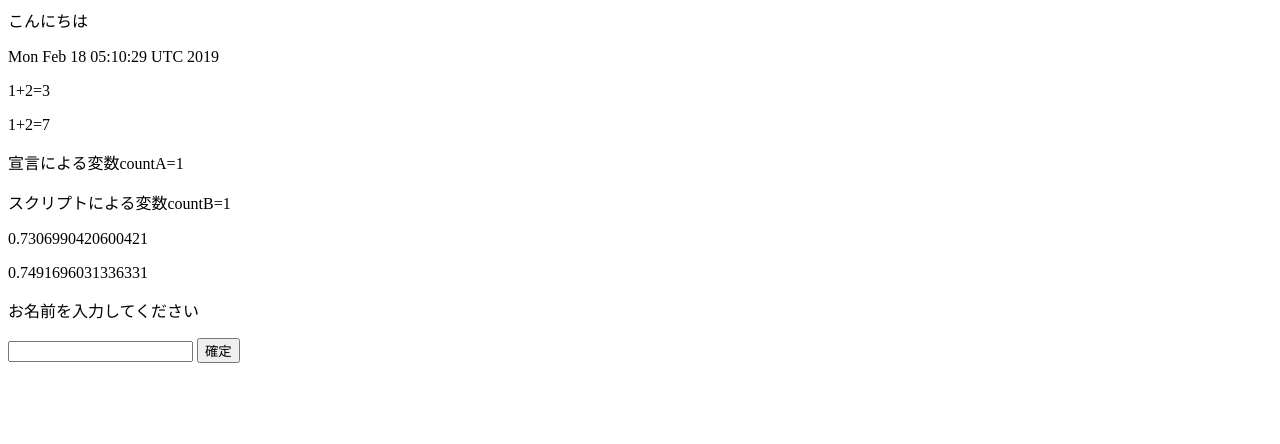
Repository: xiezom/test
Page: http://localhost/HelloJSP/
An editor plug-in stored every save of this project. The page is shown before and after the next save, followed by the edit.
The browser window is 1280 px wide. The pictures show the whole page.
The page is served by Tomcat 9.

Above is the page before, as saved 2019-02-18 06:16:32.

### HelloJSP/WebContent/index.jsp
<%@ page language="java" contentType="text/html; charset=UTF-8"
    pageEncoding="UTF-8"%>
<!DOCTYPE html">
<html>
<head>
<meta charset="UTF-8">
<title>TEST</title>
</head>
<body>
<p>こんにちは</p>
<% out.println(new java.util.Date()); %>
<%!
static int add(int a, int b) {
	return a+b;
}
%>

<p>1+2=<%=add(1,2) %></p>
<p>1+2=<%=add(3,4) %></p>

<%! static int countA=0; %>
<%
int countB=0;
countA++;
countB++;
%>
<p>宣言による変数countA=<%=countA %></p>
<p>スクリプトによる変数countB=<%=countB %></p>
<p><% out.println(Math.random()); %></p>
<p><%=Math.random() %></p>
<p>お名前を入力してください</p>
<form method="post" action="greeting-out.jsp">
<input type="text" name="user">
<input type="submit" value="確定">
</form>
</body>
</html>

After the next save:
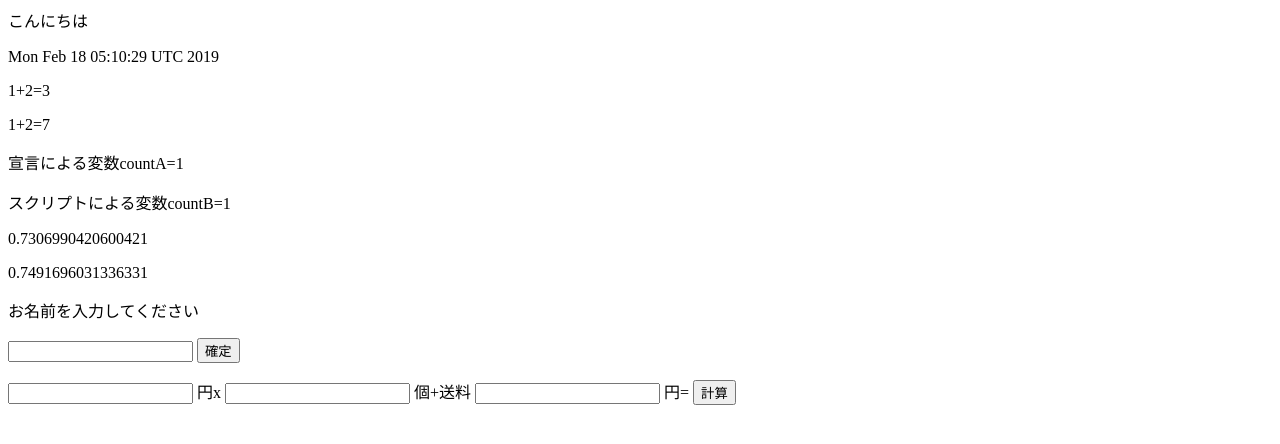
Saved 2 s later.
--- a/HelloJSP/WebContent/index.jsp
+++ b/HelloJSP/WebContent/index.jsp
@@ -14,7 +14,6 @@ static int add(int a, int b) {
 	return a+b;
 }
 %>
-
 <p>1+2=<%=add(1,2) %></p>
 <p>1+2=<%=add(3,4) %></p>
 
@@ -26,12 +25,27 @@ countB++;
 %>
 <p>宣言による変数countA=<%=countA %></p>
 <p>スクリプトによる変数countB=<%=countB %></p>
+
 <p><% out.println(Math.random()); %></p>
 <p><%=Math.random() %></p>
+
 <p>お名前を入力してください</p>
 <form method="post" action="greeting-out.jsp">
 <input type="text" name="user">
 <input type="submit" value="確定">
 </form>
+
+<form method="post" action="total-out.jsp">
+<input type="text" name="price">
+円x
+
+<input type="text" name="count">
+個+送料
+
+<input type="text" name="delivery">
+円=
+
+<input type="submit" value="計算">
+</form>
 </body>
 </html>
